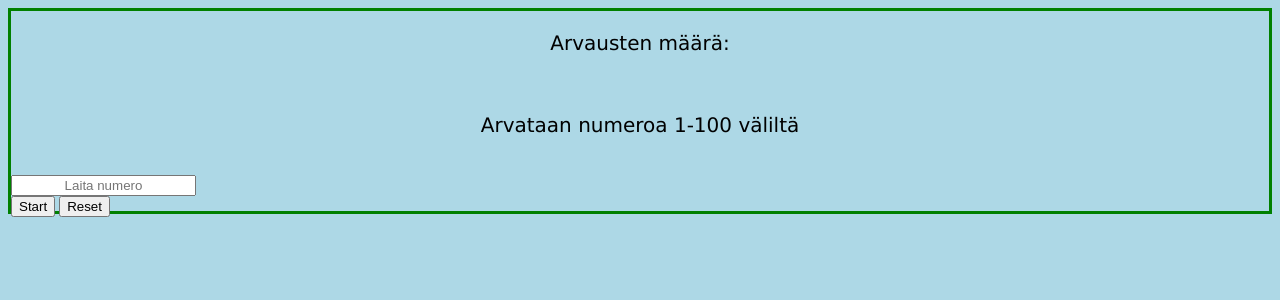
Repository: VadimZubchenko/numeronarvouspeli_JS
Page: public/index.html
The author's editor kept a copy of each file at every save. The page is drawn from the files as they stood at one save, then again after a run of saves.
The browser window is 1280 px wide. The pictures show the whole page.

Above is the page before, as saved 2022-04-26 07:57:36.

### public/index.html
<!DOCTYPE html>
<html lang="en">
<head>
  <meta charset="UTF-8">
  <meta http-equiv="X-UA-Compatible" content="IE=edge">
  <meta name="viewport" content="width=device-width, initial-scale=1.0">
  <title>Numeroarvouspeli</title>
  <script src="script.js"></script>
  <link rel="stylesheet" href="mystyle.css">
</head>
<body>
  <div>
    <p id="maara" >Arvausten määrä: </p>
    <br>
    <p id="message" value="0"> Arvataan numeroa 1-100 väliltä </p>
    <br>
    <input type="text" id="numero" name="numero" onfocus="this.value='' "placeholder="Laita numero">
    <br>
    <button id="startGame" onclick="startGame()">Start</button>
    <button id="resetGame" onclick="resetGame()">Reset</button>

  </div>
</body>
</html>

### public/script.js
var running = 0;

let lastMin = 0;
let lastMax = 101;
let kpl = 0;

let arvo = Math.floor(Math.random() * 100);
console.log("Arvo :" + arvo);

function startGame() {
  let text = document.getElementById("message");
  text.style.color = "";
  document.body.style.backgroundColor = "";
  let clientArvo = document.getElementById("numero").value;
  //tarkistetaan syöty arvo onko numerollinen. jos on, sitten 'false'
  let checkNaN = isNaN(clientArvo);

  console.log("clientArvo: " + clientArvo);
  console.log("ei ole numero: " + checkNaN);

  if (lastMin < clientArvo && clientArvo < lastMax && !checkNaN) {
    if (clientArvo < arvo) {
      lastMin = clientArvo;
      document.getElementById("message").innerHTML =
        "Valitse luku suurempi kuin: " + clientArvo + ". <br>Yritä uudelleen!";
      kpl++;
    }
    if (clientArvo > arvo) {
      lastMax = clientArvo;
      document.getElementById("message").innerHTML =
        "Valitse luku pienempi kuin: " + clientArvo + ". <br>Yritä uudelleen!";
      kpl++;
    }
    if (clientArvo == arvo) {
      document.getElementById("message").innerHTML =
        "Arvosit oikein! Se oli " + arvo + ".";

      text.style.color = "red";
      document.body.style.backgroundColor = "yellow";
    }
  } else {
    document.getElementById("message").innerHTML =
      "Ups! Jotain meni pielen. <br>Syötä numerollinen arvo, joka suurempi kuin " +
      lastMin +
      " ja pienempi kuin : " +
      lastMax;
    text.style.color = "red";
    document.body.style.backgroundColor = "pink";
  }
  document.getElementById("maara").innerHTML = "Arvausten määrä: " + kpl;
  console.log("min:" + lastMin);
  console.log("max: :" + lastMax);
}

function resetGame() {
  clientArvo = 0;
  arvo = 0;
  lastMin = 0;
  lastMax = 101;
  kpl = 0;
  document.getElementById("numero").value = "";
  document.getElementById("maara").innerHTML = "Arvausten määrä: " + kpl;
  message = document.getElementById("message");
  document.getElementById("message").innerHTML = "Arva numero 1-100 väliltä";
  document.body.style.backgroundColor = "";
  message.style.color = "";
}

### public/mystyle.css
body {
  background-color: lightblue;
}


div{
  height: 200px;
  position: relative;
  border: 3px solid green;
}
input {
  color: black;
  text-align: center;
}

p {
  font-family: verdana;
  font-size: 20px;
  color: black;
  text-align: center;
}

After the next 2 saves:
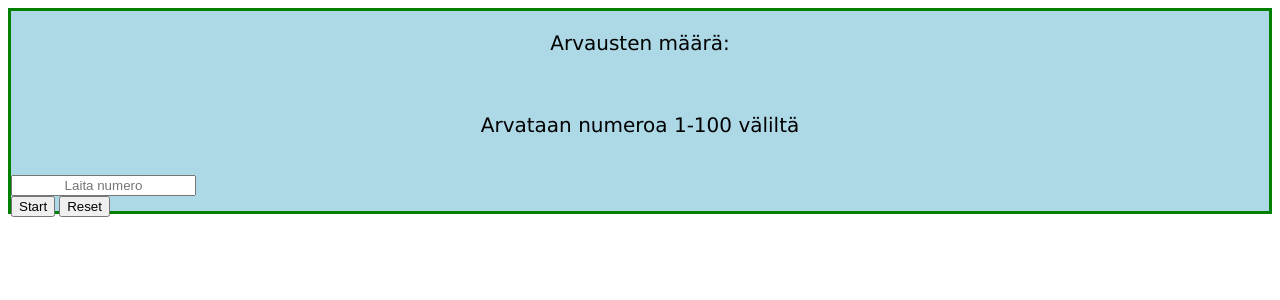
The 2 saves are shown as one change because they came seconds apart.
The last was saved 35 s later.
--- a/public/mystyle.css
+++ b/public/mystyle.css
@@ -1,12 +1,11 @@
-body {
-  background-color: lightblue;
-}
+
 
 
 div{
   height: 200px;
   position: relative;
   border: 3px solid green;
+  background-color: lightblue;
 }
 input {
   color: black;
